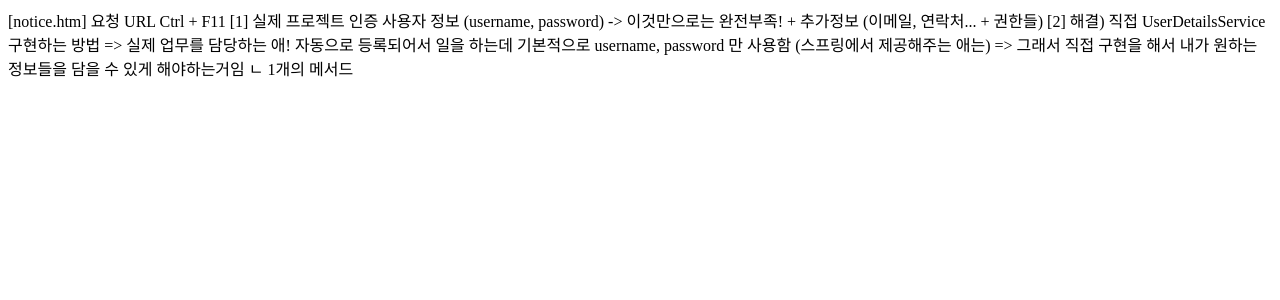
Repository: Vida0822/-
Page: SL11_SECURITY3_USERDETAILSSERVICE/src/main/webapp/customer/notice.htm
These files come from the project's save history. The page is drawn as it stood at one moment and after the next save; the edit follows.
The browser window is 1280 px wide. The pictures show the whole page.

Above is the page before, as saved 2023-07-05 02:09:11.

### SL11_SECURITY3_USERDETAILSSERVICE/src/main/webapp/customer/notice.htm
[notice.htm] 요청 URL
Ctrl + F11

[1] 실제 프로젝트
	인증 사용자 정보 (username, password) -> 이것만으로는 완전부족!
	+ 추가정보 (이메일, 연락처... + 권한들)

[2] 해결) 직접 UserDetailsService 구현하는 방법
=> 실제 업무를 담당하는 애! 자동으로 등록되어서 일을 하는데 기본적으로 username, password 만 사용함 (스프링에서 제공해주는 애는)
=> 그래서 직접 구현을 해서 내가 원하는 정보들을 담을 수 있게 해야하는거임

	ㄴ 1개의 메서드

After the next save:
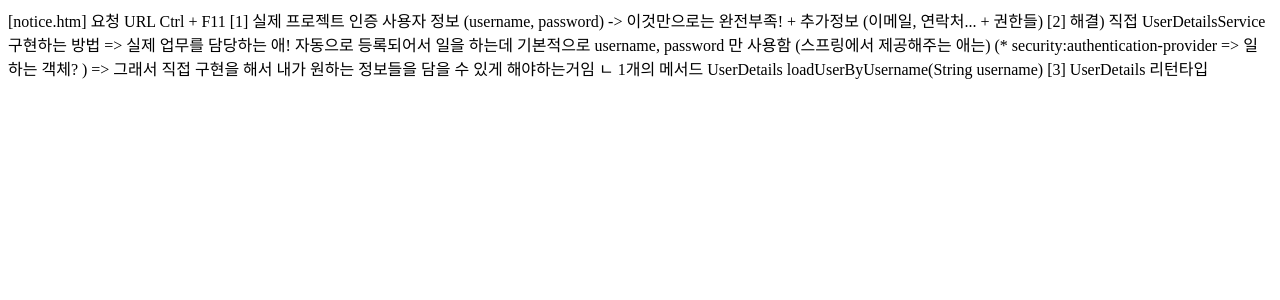
Saved 51 s later.
--- a/SL11_SECURITY3_USERDETAILSSERVICE/src/main/webapp/customer/notice.htm
+++ b/SL11_SECURITY3_USERDETAILSSERVICE/src/main/webapp/customer/notice.htm
@@ -7,6 +7,10 @@ Ctrl + F11
 
 [2] 해결) 직접 UserDetailsService 구현하는 방법
 => 실제 업무를 담당하는 애! 자동으로 등록되어서 일을 하는데 기본적으로 username, password 만 사용함 (스프링에서 제공해주는 애는)
+	(* security:authentication-provider  => 일하는 객체? )
 => 그래서 직접 구현을 해서 내가 원하는 정보들을 담을 수 있게 해야하는거임
 
 	ㄴ 1개의 메서드
+		UserDetails loadUserByUsername(String username)
+
+[3] UserDetails 리턴타입
